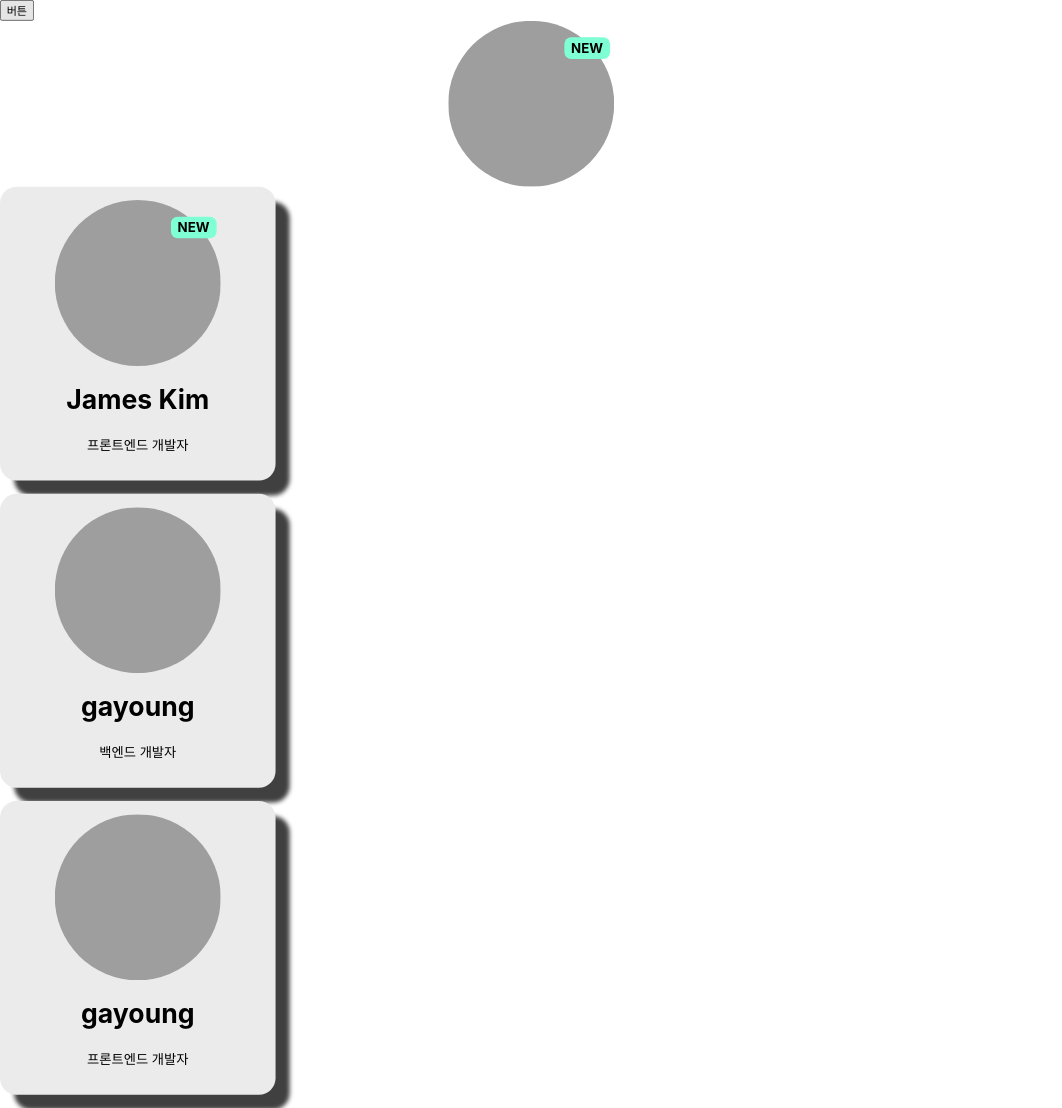
Repository: Yugayoung/css-example
Page: / (app in react/basic/)
An editor plug-in stored every save of this project. The page is shown before and after the next save, followed by the edit.
The browser window is 1280 px wide. The pictures show the whole page, at 83% of full size.
Pictures or frames that could not be fetched are drawn as grey boxes. The project was rebuilt for these pictures with package versions that can differ from the ones it lists, and the page was loaded fresh each time.

Above is the page before, as saved 2023-12-19 19:09:23.

After the next save:
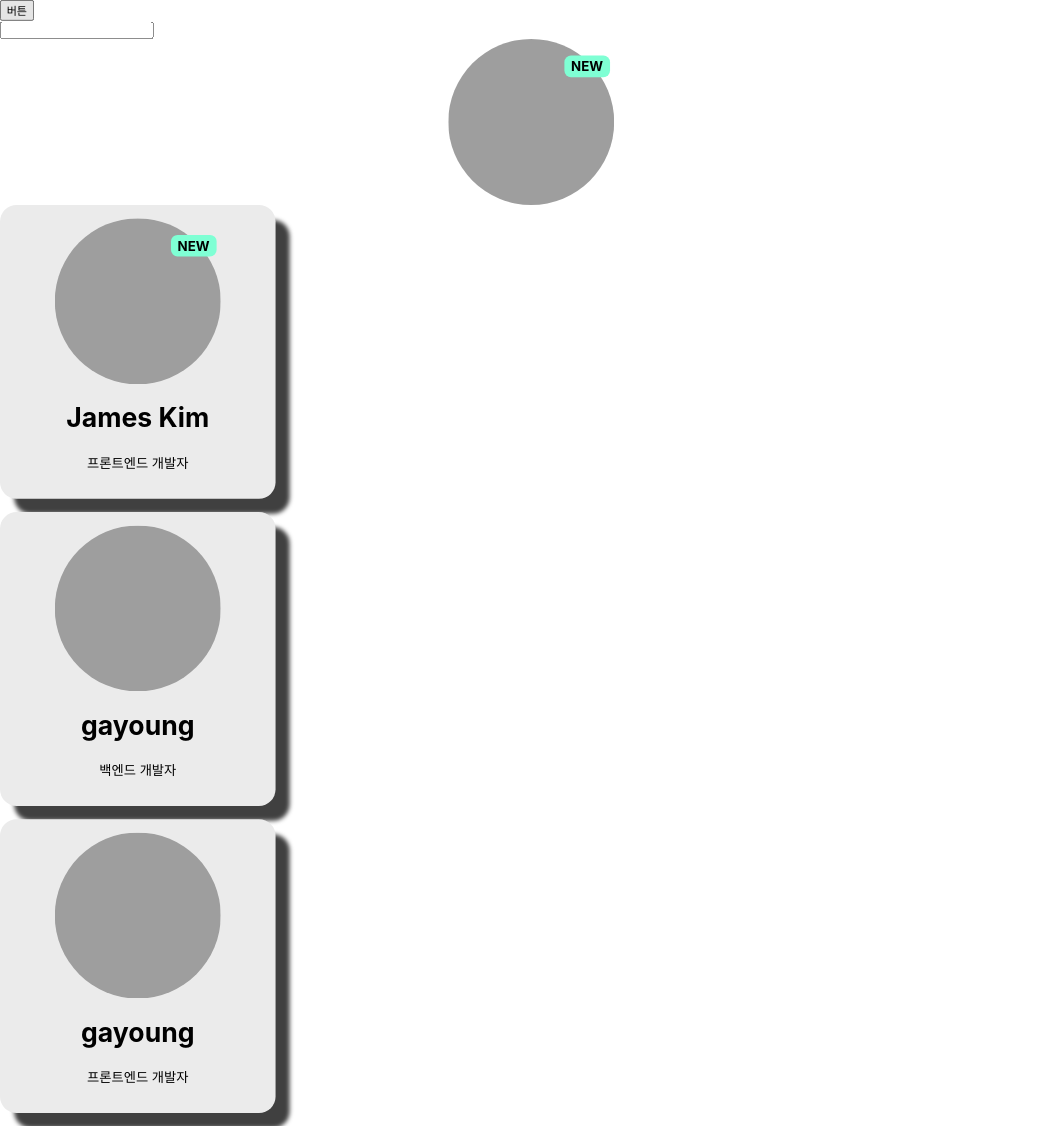
Saved 82 s later.
--- a/react/basic/src/AppProfile.jsx
+++ b/react/basic/src/AppProfile.jsx
@@ -10,6 +10,9 @@ export default function AppProfile() {
   return (
     <>
       <button onClick={handleClick}>버튼</button>
+      <form onSubmit={() => {}}>
+        <input />
+      </form>
       <Avatar
         image='https://images.unsplash.com/photo-1580489944761-15a19d654956?ixlib=rb-1.2.1&ixid=MnwxMjA3fDB8MHxwaG90by1wYWdlfHx8fGVufDB8fHx8&auto=format&fit=crop&w=922&q=80'
         isNew={true}
